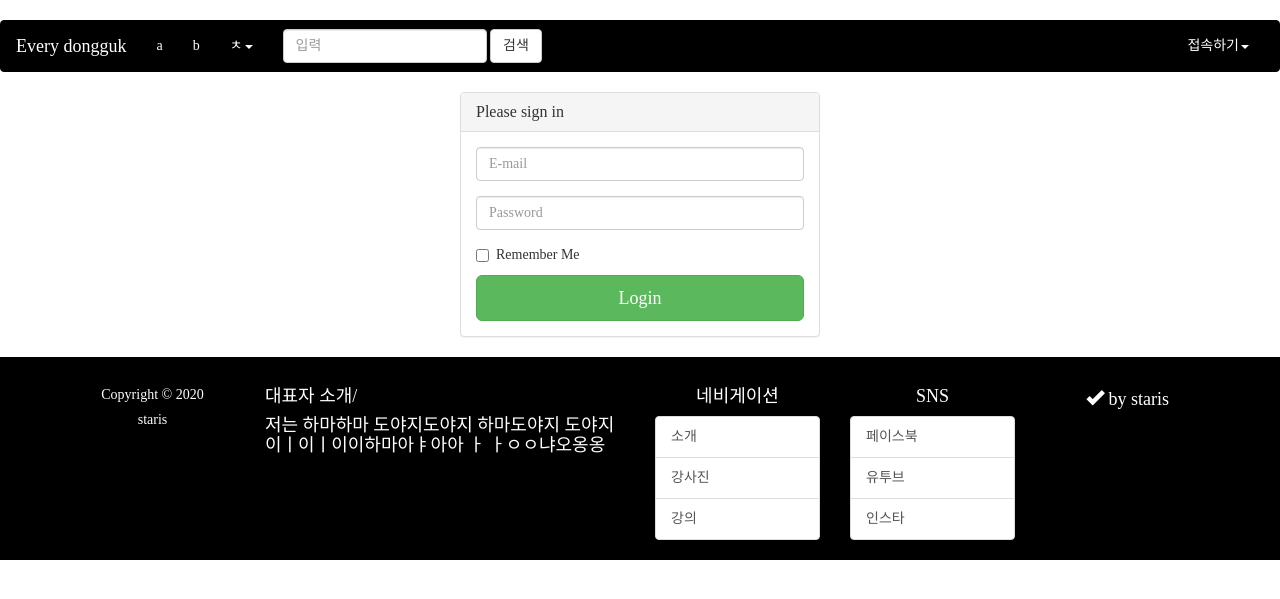
Repository: CSID-DGU/2020-1-ESCD-DOUBLE
Page: http://localhost/web/WEB-INF/views/register/loginForm.jsp
The author's editor kept a copy of each file at every save. The page is drawn from the files as they stood at one save, then again after the next save.
The browser window is 1280 px wide. The pictures show the whole page.
Some web fonts or font styles are not loaded; a fallback is used. Some web libraries are served in a nearby version. The page is served by Tomcat 9. Nobody is signed in. Other server files are loaded and not shown. The template is opened directly, without the code that normally fills it, so the values that code supplies are empty.

Above is the page before, as saved 2020-04-29 07:56:57.

### web/src/main/webapp/WEB-INF/views/register/loginForm.jsp
<%@ page language="java" contentType="text/html; charset=EUC-KR"
    pageEncoding="EUC-KR"%>
<!DOCTYPE html>
<html>
<head>
<meta charset="EUC-KR">
<title>Insert title here</title>
<link rel="stylesheet" href="resources/css/bootstrap.css">
<link rel="stylesheet" href="resources/css/customize.css">
</head>
<body>
<script src="https://code.jquery.com/jquery-3.1.1.min.js"></script>
<script src="resources/js/bootstrap.js"></script>

<style type="text/css">
body{padding-top:20px;}
</style>

<%@include file="../template/header.jsp"%>



<div class="container">
    <div class="row">
		<div class="col-md-4 col-md-offset-4">
    		<div class="panel panel-default">
			  	<div class="panel-heading">
			    	<h3 class="panel-title">Please sign in</h3>
			 	</div>
			  	<div class="panel-body">
			    	<form accept-charset="UTF-8" role="form">
                    <fieldset>
			    	  	<div class="form-group">
			    		    <input class="form-control" placeholder="E-mail" name="email" type="text">
			    		</div>
			    		<div class="form-group">
			    			<input class="form-control" placeholder="Password" name="password" type="password" value="">
			    		</div>
			    		<div class="checkbox">
			    	    	<label>
			    	    		<input name="remember" type="checkbox" value="Remember Me"> Remember Me
			    	    	</label>
			    	    </div>
			    		<input class="btn btn-lg btn-success btn-block" type="submit" value="Login">
			    	</fieldset>
			      	</form>
			    </div>
			</div>
		</div>
	</div>
</div>



<footer style="background-color: #000000;color:#ffffff">
	<div class="container">
		<br>
		<div class="row">
			<div class="col-sm-2" style="text-align: center;"><h5>Copyright &copy; 2020</h5><h5>staris</h5></div>
			<div class="col-sm-4"><h4>대표자 소개/<h4><p>저는 하마하마 도야지도야지 하마도야지 도야지이ㅣ이ㅣ이이하마아ㅑ아아 ㅏ ㅏㅇㅇ냐오옹옹</p></div>
			<div class="col-sm-2"><h4 style="text-align:center;">네비게이션</h4>
				<div class="list-group">
					<a href="index.jsp" class="list-group-item">소개</a>
					<a href="instructor.jsp" class="list-group-item">강사진</a>
					<a href="lecture.jsp" class="list-group-item">강의</a>

				</div>

			</div>
			<div class="col-sm-2"><h4 style="text-align:center;">SNS</h4>
				<div class="list-group">
					<a href="#" class="list-group-item">페이스북</a>
					<a href="#" class="list-group-item">유투브</a>
					<a href="#" class="list-group-item">인스타</a>

				</div>
			</div>
			<div class="col-sm-2"><h4 style="text-align:center;"><span class="glyphicon glyphicon-ok"></span>&nbsp;by staris</h4></div>
	</div>


</div>
</footer>


</body>
</html>

### web/src/main/webapp/WEB-INF/views/template/header.jsp
<%@ page language="java" contentType="text/html; charset=EUC-KR"
    pageEncoding="EUC-KR"%>
<!DOCTYPE html>
<html>
<head>
<meta charset="EUC-KR">
<title>Insert title here</title>
<link rel="stylesheet" href="resources/css/bootstrap.css">
<link rel="stylesheet" href="resources/css/customize.css">
</head>
<body>
<script src="https://code.jquery.com/jquery-3.1.1.min.js"></script>
<script src="resources/js/bootstrap.js"></script>

<style type="text/css">


</style>
<nav class="navbar navbar-default">
	<div class="container-fluid">

		<div class="navbar-header">
			<button type="button" class="navbar-toggle collapsed" data-toggle="collapse"
			data-target="#bs-example-navbar-collapse-1" aria-expanded="false"><!-- 크기를 줄였을때 나타나는 버튼 -->
				<span class="sr-only"></span>
				<span class="icon-bar"></span>
				<span class="icon-bar"></span>
				<span class="icon-bar"></span>
			</button>
			<a class="navbar-brand" href="index">Every dongguk</a>
		</div>

		<div class="collapse navbar-collapse" id="bs-example-navbar-collapse-1"><!-- 네비 중간 대부분을 차지함 -->
			<ul class="nav navbar-nav">
				<li class="active"><a href="a">a<span class="sr-only"></span></a></li>
				<li><a href="#">b</a></li>
				<li class="dropdown">
				<a href="#" class="dropdown-toggle" data-toggle="dropdown" role="button"
				aria-haspopup="true" aria-expanded="false">ㅊ<span class="caret"></span></a><!-- dropdown 연결이 어떤식인지는 모르겠지만 -->
					<ul class="dropdown-menu">
						<li><a href="#">냐옹</a></li>
						<li><a href="#">머멍</a></li>
						<li><a href="#">왈왈</a></li>
					</ul>
				</li>
			</ul>
			<form class="navbar-form navbar-left">
				<div class="form-group">
				<input type="text" class="form-control" placeholder="입력"></div>
				<button type="submit" class="btn btn-default">검색</button>
			</form>

			<ul class="nav navbar-nav navbar-right">
				<li class="dropdown">
					<a href="#" class="dropdown-toggle" data-toggle="dropdown" role="button"
					aria-haspopup="true" aria-expanded="false">접속하기<span class="caret"></span></a>
					<ul class="dropdown-menu">
						<li><a href="login_form">로그인</a></li>
						<li><a href="register_form">회원가입</a></li>
					</ul>

				</li>
			</ul>

		</div>
	</div>
</nav>



</body>
</html>

### web/src/main/webapp/resources/css/customize.css
@import url(http://fonts.googleapis.com/earlyaccess/nanumgothic.css);
*{font-family:'Nanum Gothic';}
a{
	color:#000000;
	text-decoration:none;
}
a:hover{
	color:#bbbbbb;
	text-decoration:none;
	cursor:pointer;
}
.navbar-default{/*까만색!*/
	background-color:#000000;
	border-color:#000000;
}
.navbar-default .navbar-brand{
	color:#ffffff;/*하얀색!*/
}
.navbar-default .navbar-brand:hover,
.navbar-default .navbar-brand:focus{
	background-color:transparent;
	color:#bbbbbb;
}
.navbar-default .navbar-nav> .active>a,
.navbar-default .navbar-nav> .active>a:hover,
.navbar-default .navbar-nav> .active>a:focus{
	color:white;
	background-color:#000000;
}
.navbar-default .navbar-nav> li>a:hover,
.navbar-default .navbar-nav> li>a:focus{
	color:#bbbbbb;
}
.navbar-default .navbar-nav> .open>a,
.navbar-default .navbar-nav> .open>a:hover,
.navbar-default .navbar-nav> .open>a:focus{
	color:#000000;
	background-color:#ffffff;
	text-decoration:none;
}
.navbar-default .navbar-nav>li>a{
	color:white;
}
@media(max-width:767px){
	.navbar-default .navbar-nav .open .dropdown-menu>li>a{
	color:#ffffff;}
	.navbar-default .navbar-nav .open .dropdown-menu>li>a:hover,
	.navbar-default .navbar-nav .open .dropdown-menu>li>a:focus{
	color:#bbbbbb;}

}

Loaded but not shown: web/src/main/webapp/resources/css/bootstrap.css (library); web/src/main/webapp/resources/js/bootstrap.js (library)

After the next save:
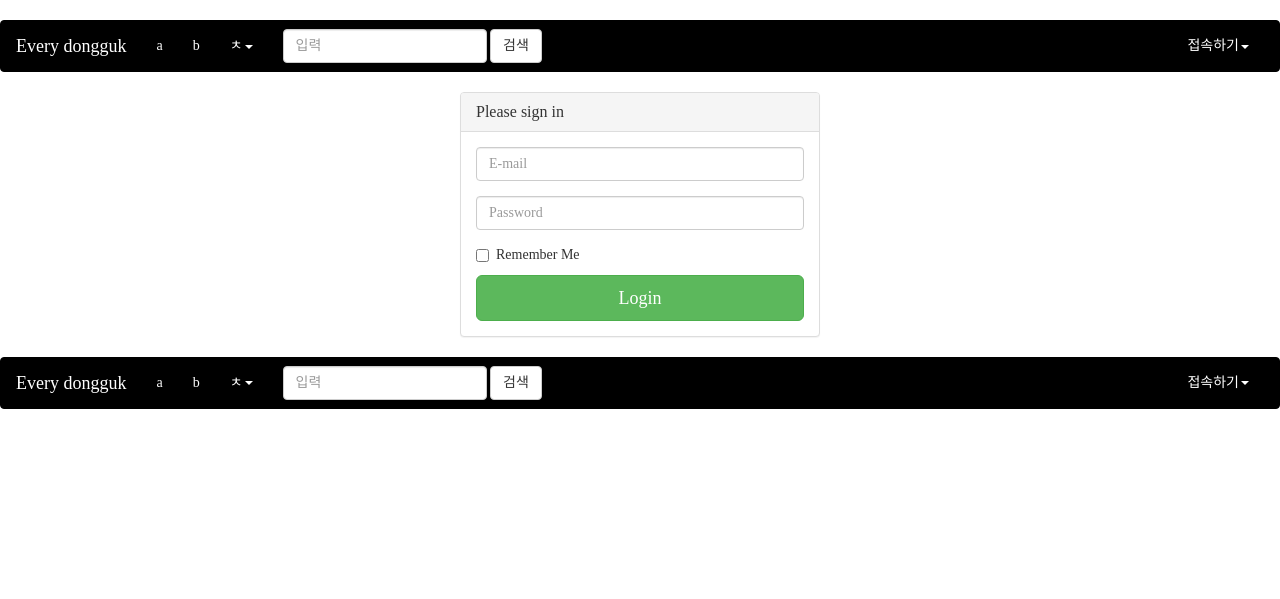
Saved 11 s later.
--- a/web/src/main/webapp/WEB-INF/views/register/loginForm.jsp
+++ b/web/src/main/webapp/WEB-INF/views/register/loginForm.jsp
@@ -52,36 +52,7 @@ body{padding-top:20px;}
 
 
 
-<footer style="background-color: #000000;color:#ffffff">
-	<div class="container">
-		<br>
-		<div class="row">
-			<div class="col-sm-2" style="text-align: center;"><h5>Copyright &copy; 2020</h5><h5>staris</h5></div>
-			<div class="col-sm-4"><h4>대표자 소개/<h4><p>저는 하마하마 도야지도야지 하마도야지 도야지이ㅣ이ㅣ이이하마아ㅑ아아 ㅏ ㅏㅇㅇ냐오옹옹</p></div>
-			<div class="col-sm-2"><h4 style="text-align:center;">네비게이션</h4>
-				<div class="list-group">
-					<a href="index.jsp" class="list-group-item">소개</a>
-					<a href="instructor.jsp" class="list-group-item">강사진</a>
-					<a href="lecture.jsp" class="list-group-item">강의</a>
-
-				</div>
-
-			</div>
-			<div class="col-sm-2"><h4 style="text-align:center;">SNS</h4>
-				<div class="list-group">
-					<a href="#" class="list-group-item">페이스북</a>
-					<a href="#" class="list-group-item">유투브</a>
-					<a href="#" class="list-group-item">인스타</a>
-
-				</div>
-			</div>
-			<div class="col-sm-2"><h4 style="text-align:center;"><span class="glyphicon glyphicon-ok"></span>&nbsp;by staris</h4></div>
-	</div>
-
-
-</div>
-</footer>
-
+<%@include file="../template/header.jsp"%>
 
 </body>
 </html>
